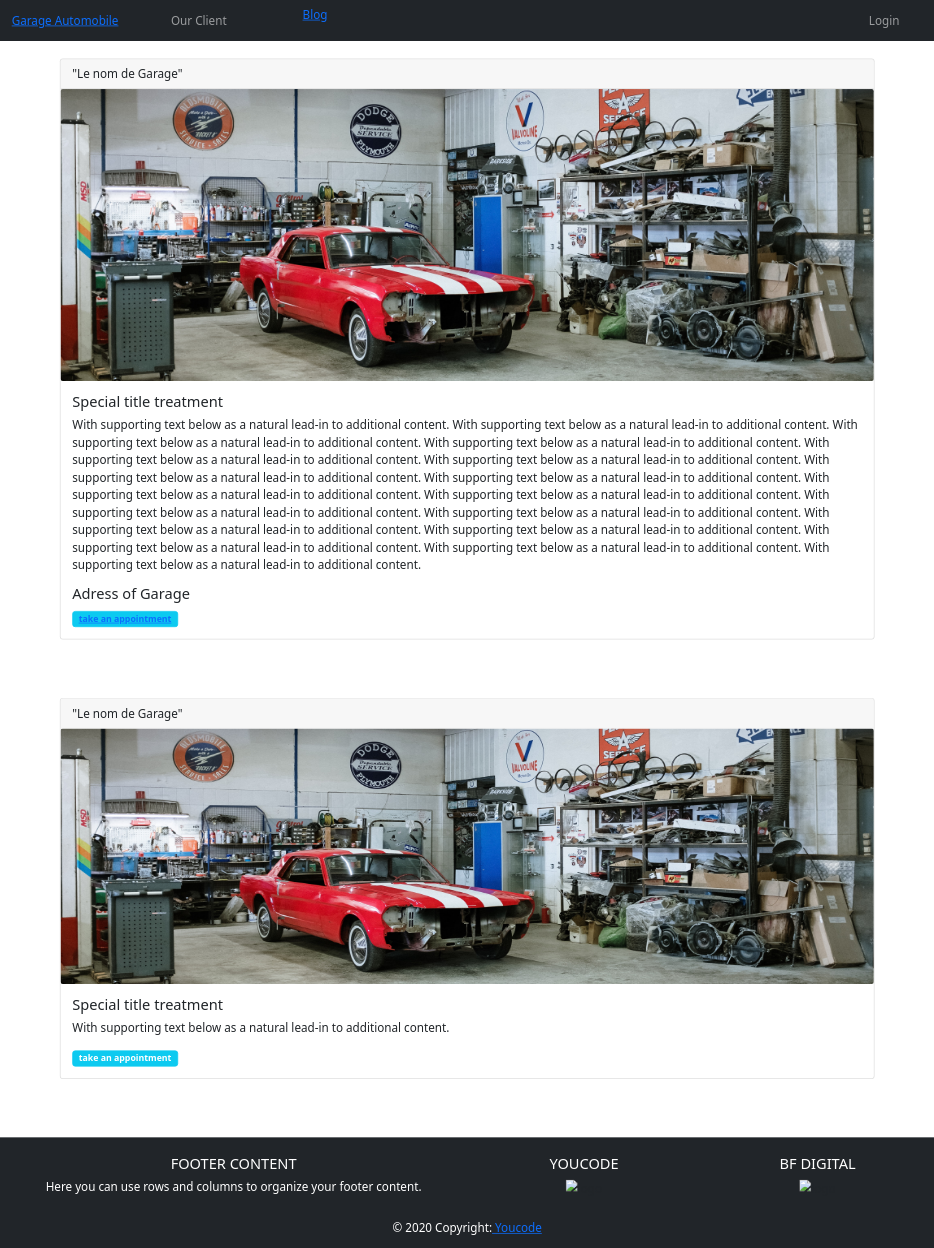
Repository: abdelhak-f/Fil-Rouge
Page: /Blog (app in client/)
An editor plug-in stored every save of this project. The page is shown before and after the next save, followed by the edit.
The browser window is 1280 px wide. The pictures show the whole page, at 73% of full size.
The project was rebuilt for these pictures with package versions that can differ from the ones it lists, and the page was loaded fresh each time. Also part of the build but not shown: client/src/components/Text.jsx, client/src/components/forms/FirstFrontForm.jsx, client/src/components/Body.jsx, client/src/components/forms/FormGarage.jsx.

Above is the page before, as saved 2021-09-09 15:17:01.

### client/public/index.html
<!DOCTYPE html>
<html lang="en">
  <head>
    <meta charset="utf-8" />
    <link rel="icon" href="%PUBLIC_URL%/favicon.ico" />
    <meta name="viewport" content="width=device-width, initial-scale=1" />
    <meta name="theme-color" content="#000000" />
    <meta
      name="description"
      content="Web site created using create-react-app"
    />
    <!--   import bootstrao  -->
    <link
  rel="stylesheet"
  href="https://cdn.jsdelivr.net/npm/bootstrap@5.1.0/dist/css/bootstrap.min.css"
  integrity="sha384-KyZXEAg3QhqLMpG8r+8fhAXLRk2vvoC2f3B09zVXn8CA5QIVfZOJ3BCsw2P0p/We"
  crossorigin="anonymous"
  />

    <link rel="apple-touch-icon" href="%PUBLIC_URL%/logo192.png" />
    <!--
      manifest.json provides metadata used when your web app is installed on a
      user's mobile device or desktop. See https://developers.google.com/web/fundamentals/web-app-manifest/
    -->
    <link rel="manifest" href="%PUBLIC_URL%/manifest.json" />
    <!--
      Notice the use of %PUBLIC_URL% in the tags above.
      It will be replaced with the URL of the `public` folder during the build.
      Only files inside the `public` folder can be referenced from the HTML.

      Unlike "/favicon.ico" or "favicon.ico", "%PUBLIC_URL%/favicon.ico" will
      work correctly both with client-side routing and a non-root public URL.
      Learn how to configure a non-root public URL by running `npm run build`.
    -->
    <title>React App</title>
  </head>
  <body>
    <noscript>You need to enable JavaScript to run this app.</noscript>
    <div id="root"></div>
    <!--
      This HTML file is a template.
      If you open it directly in the browser, you will see an empty page.

      You can add webfonts, meta tags, or analytics to this file.
      The build step will place the bundled scripts into the <body> tag.

      To begin the development, run `npm start` or `yarn start`.
      To create a production bundle, use `npm run build` or `yarn build`.
    -->
  </body>
</html>

### client/src/index.js
import React from 'react';
import ReactDOM from 'react-dom';
import './index.css';
import App from './App';
import reportWebVitals from './reportWebVitals';

// import bootstrap
import 'bootstrap/dist/css/bootstrap.min.css';

ReactDOM.render(
  <React.StrictMode>
    <App />
  </React.StrictMode>,
  document.getElementById('root')
);

// If you want to start measuring performance in your app, pass a function
// to log results (for example: reportWebVitals(console.log))
// or send to an analytics endpoint. Learn more: https://bit.ly/CRA-vitals
reportWebVitals();

### client/src/App.js
// import './App.css';
import React from 'react';

import Navbar from './components/Nnavbar';
import Body from './components/Body';
import Footer from './components/Footer';
import Blog from './components/Blog';
import FormGarage from './components/forms/FormGarage'

import { BrowserRouter as Router, Switch, Route } from 'react-router-dom';






function App() {
  return (


    <>
<Router>

     <Navbar />




    <Switch>
    <Route  path="/" exact component={Body} />
    <Route  path="/Blog" component={Blog} />
    <Route  path="/FormGarage" component={FormGarage} />
    </Switch>

    <Footer/>
</Router>
    </>

  );
}

export default App;

### client/src/components/Nnavbar.jsx
import React from 'react';
import { NavLink } from 'react-router-dom';

import * as ReactBootstrap from 'react-bootstrap';









function Navbar() {
    return(
      <>

            <ReactBootstrap.Navbar className="mb-5" collapseOnSelect expand="lg" bg="dark" variant="dark" fixed="top">

 <NavLink className="mx-3" to="/">Garage Automobile</NavLink>
 <ReactBootstrap.Navbar.Toggle aria-controls="responsive-navbar-nav" />
 <ReactBootstrap.Navbar.Collapse id="responsive-navbar-nav">
   <ReactBootstrap.Nav className="me-auto">
     <ReactBootstrap.Nav.Link className="mx-5" href="#features">Our Client</ReactBootstrap.Nav.Link>
     <NavLink  className="px-5" to="/blog">Blog</NavLink>
     {/* <ReactBootstrap.NavDropdown title="Dropdown" id="collasible-nav-dropdown">
       <ReactBootstrap.NavDropdown.Item href="#action/3.1">Action</ReactBootstrap.NavDropdown.Item>
       <ReactBootstrap.NavDropdown.Item href="#action/3.2">Another action</ReactBootstrap.NavDropdown.Item>
       <ReactBootstrap.NavDropdown.Item href="#action/3.3">Something</ReactBootstrap.NavDropdown.Item>
       <ReactBootstrap.NavDropdown.Divider />
       <ReactBootstrap.NavDropdown.Item href="#action/3.4">Separated link</ReactBootstrap.NavDropdown.Item>
     </ReactBootstrap.NavDropdown> */}
   </ReactBootstrap.Nav>
   <ReactBootstrap.Nav>
     <ReactBootstrap.Nav.Link href="#deets" className="px-5" > Login</ReactBootstrap.Nav.Link>
     {/* <ReactBootstrap.Nav.Link eventKey={2} href="#memes">
       Admin
     </ReactBootstrap.Nav.Link> */}
   </ReactBootstrap.Nav>
 </ReactBootstrap.Navbar.Collapse>

</ReactBootstrap.Navbar>





</>

    )
}

export default Navbar ;

### client/src/components/Footer.jsx
import React from "react";


function Footer () {
    return(
<footer  className="pt-4 page-footer font-small blue bg-dark ">
    <div className="text-center container-fluid text-md-left ">
        <div className="row">
            <div className="mt-3 text-white col-md-6 mt-md-0">
                <h5 className=" text-uppercase">Footer Content</h5>
                <p >Here you can use rows and columns to organize your footer content.</p>
            </div>

            <hr className="clearfix pb-0 w-100 d-md-none"/>

            <div className="mb-3 col-md-3 mb-md-0">
                <h5 className="text-white text-uppercase">Youcode</h5>
                <img src="" alt="logo" width={300} /></div>

            <div className="mb-3 col-md-3 mb-md-0">
                <h5 className="text-white text-uppercase " >BF Digital</h5>
                <img src="" alt="logo" width={300} />
            </div>
        </div>
    </div>

    <div className="py-3 text-center text-white footer-copyright " >© 2020 Copyright:
        <a href="https://www.youcode.ma/"> Youcode</a>
    </div>

</footer>
)

}

export default Footer

### client/src/components/Blog.jsx
import React from 'react'
import './css/style.css';
// import { BrowserRouter as Router, Switch, Route } from 'react-router-dom';
import { NavLink } from 'react-router-dom';
import { Container, Card, Button, Badge } from 'react-bootstrap';
import image from '../images/image.jpg';
// import FormGarage from './forms/FormGarage'



function Blog() {
  return (
        <>
     <Container  className="Blog" >
         {/* first blog */}
         <Card >
           <Card.Header  >"Le nom de Garage"  </Card.Header>
            <Card.Img
            style={{ height: '400px', weiht: '500px' }}
             src={image} />
            <Card.Body>
            <Card.Title>Special title treatment</Card.Title>
            <Card.Text>
                 With supporting text below as a natural lead-in to additional content.
                 With supporting text below as a natural lead-in to additional content.
                 With supporting text below as a natural lead-in to additional content.
                 With supporting text below as a natural lead-in to additional content.
                 With supporting text below as a natural lead-in to additional content.
                 With supporting text below as a natural lead-in to additional content.
                 With supporting text below as a natural lead-in to additional content.
                 With supporting text below as a natural lead-in to additional content.
                 With supporting text below as a natural lead-in to additional content.
                 With supporting text below as a natural lead-in to additional content.
                 With supporting text below as a natural lead-in to additional content.
                 With supporting text below as a natural lead-in to additional content.
                 With supporting text below as a natural lead-in to additional content.
                 With supporting text below as a natural lead-in to additional content.
                 With supporting text below as a natural lead-in to additional content.
                 With supporting text below as a natural lead-in to additional content.
                 With supporting text below as a natural lead-in to additional content.
            </Card.Text>
            <Card.Title>Adress of Garage</Card.Title>
            <Button  className="badge" variant="info">
              <NavLink to="/FormGarage" >take an appointment</NavLink>
            </Button>
           </Card.Body>
        </Card>

        <Card className="Blog">
           <Card.Header  >"Le nom de Garage"  </Card.Header>
            <Card.Img
             style={{ height: '350px', weiht: '500px' }}
            src={image} />
            <Card.Body>
            <Card.Title>Special title treatment</Card.Title>
            <Card.Text>
                 With supporting text below as a natural lead-in to additional content.
            </Card.Text>
            <Button className="badge" variant="info">take an appointment</Button>
           </Card.Body>
        </Card>

        {/* second blog */}

     </Container>




{/* <Router>
    <Switch>
     <Route  path="/" component={FormGarage} />
    </Switch>

</Router> */}

</>

  )

}

export default Blog

### client/src/components/css/style.css

.Blog {
    margin-top: 5rem;
    margin-bottom: 5rem;
  }

  .form-inline {
      margin-top:  5%;
      width: 80%;
      height: 5%;
  }

Loaded but not shown: client/src/index.css (common file); client/src/reportWebVitals.js (common file)

After the next save:
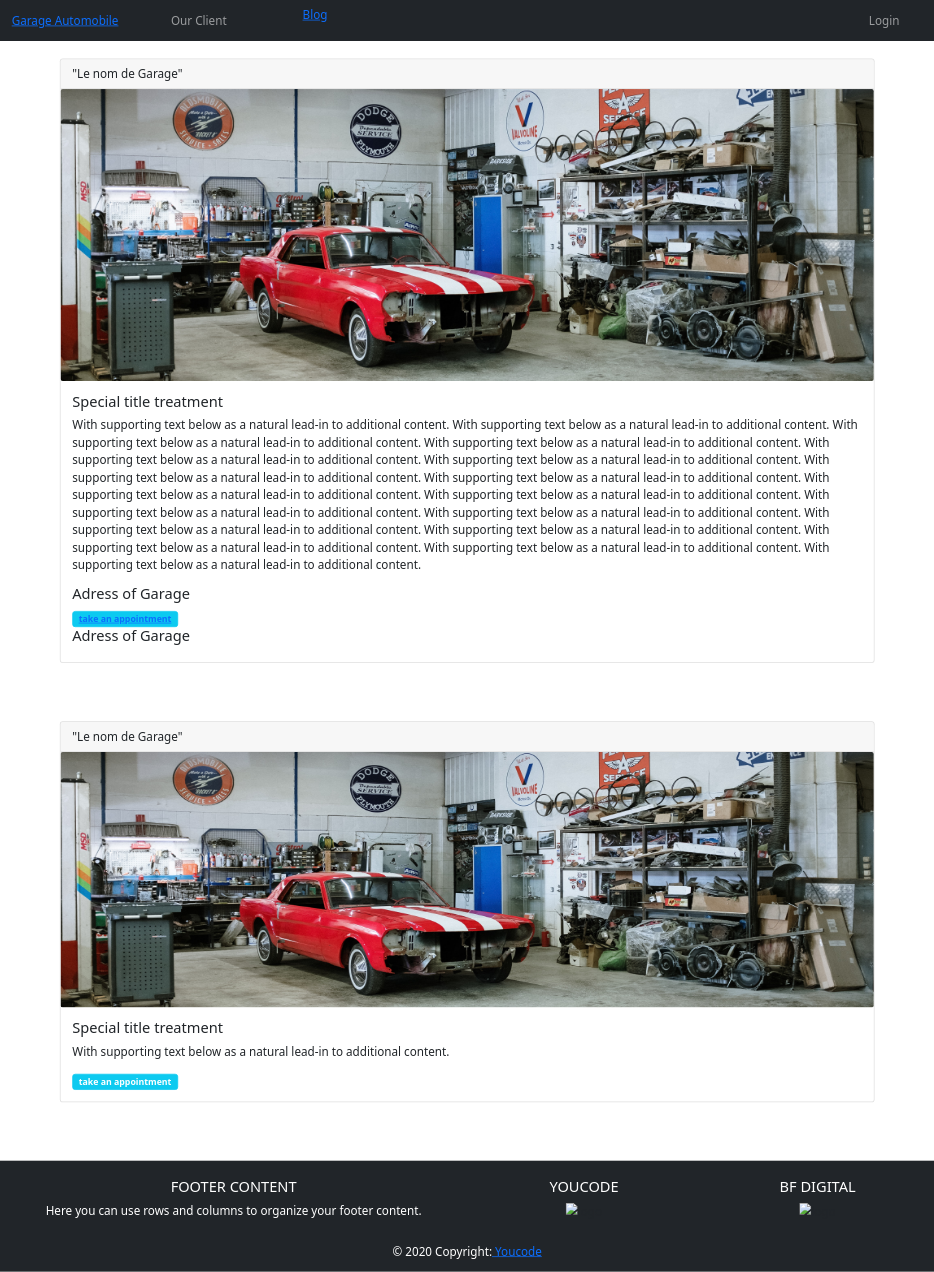
Saved 36 s later.
--- a/client/src/components/Blog.jsx
+++ b/client/src/components/Blog.jsx
@@ -43,6 +43,7 @@
             <Button  className="badge" variant="info">
               <NavLink to="/FormGarage" >take an appointment</NavLink>
             </Button>
+            <Card.Title>Adress of Garage</Card.Title>
            </Card.Body>
         </Card>
 

After the 3 saves that followed:
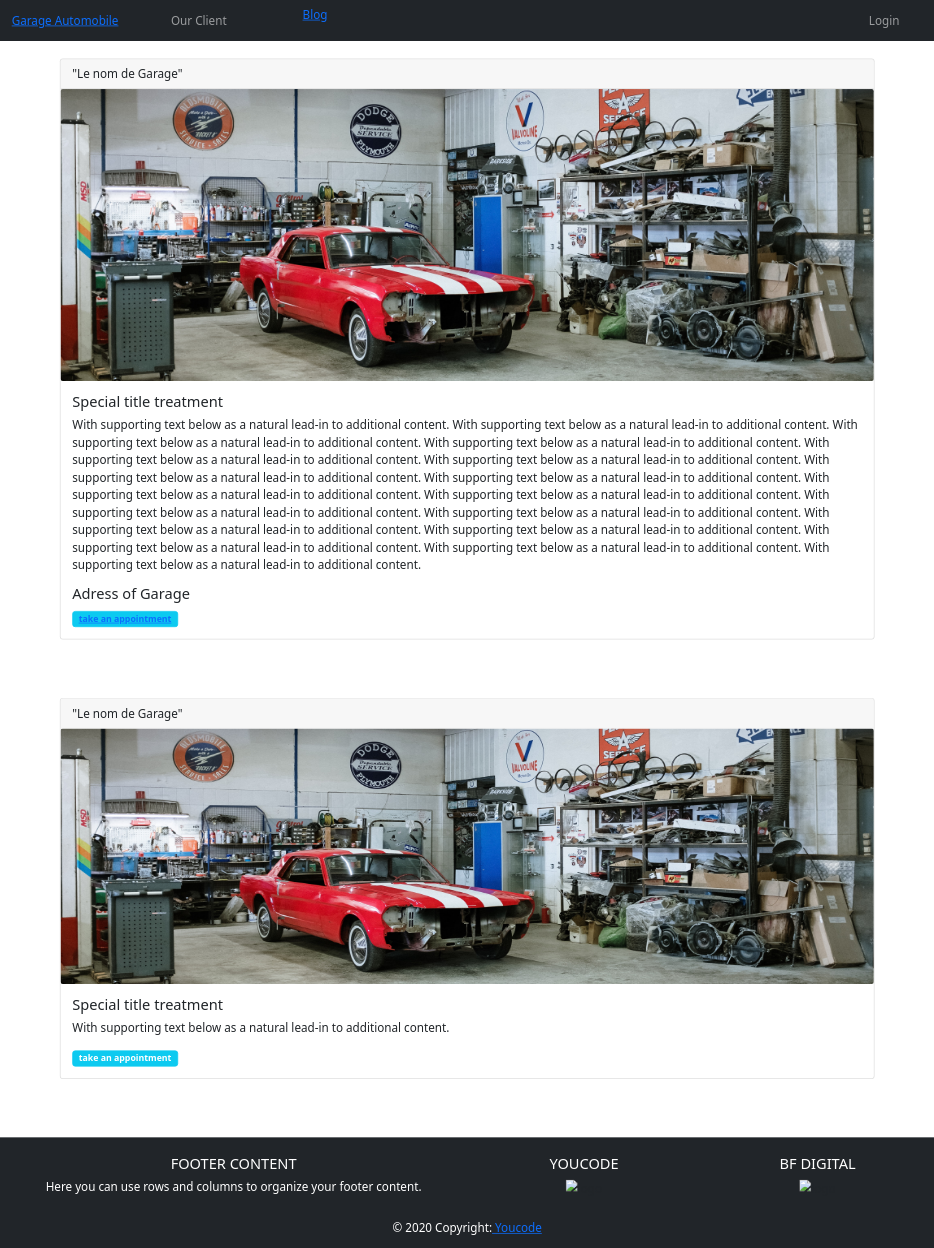
The 3 saves are shown as one change because 2 did not build or start.
The last was saved 62 s later.
--- a/client/src/components/Blog.jsx
+++ b/client/src/components/Blog.jsx
@@ -2,7 +2,7 @@
 import './css/style.css';
 // import { BrowserRouter as Router, Switch, Route } from 'react-router-dom';
 import { NavLink } from 'react-router-dom';
-import { Container, Card, Button, Badge } from 'react-bootstrap';
+import { Container, Card, Button, Col } from 'react-bootstrap';
 import image from '../images/image.jpg';
 // import FormGarage from './forms/FormGarage'
 
@@ -40,10 +40,10 @@
                  With supporting text below as a natural lead-in to additional content.
             </Card.Text>
             <Card.Title>Adress of Garage</Card.Title>
-            <Button  className="badge" variant="info">
+            <Button as='Col' className="badge" variant="info">
               <NavLink to="/FormGarage" >take an appointment</NavLink>
             </Button>
-            <Card.Title>Adress of Garage</Card.Title>
+
            </Card.Body>
         </Card>
 
